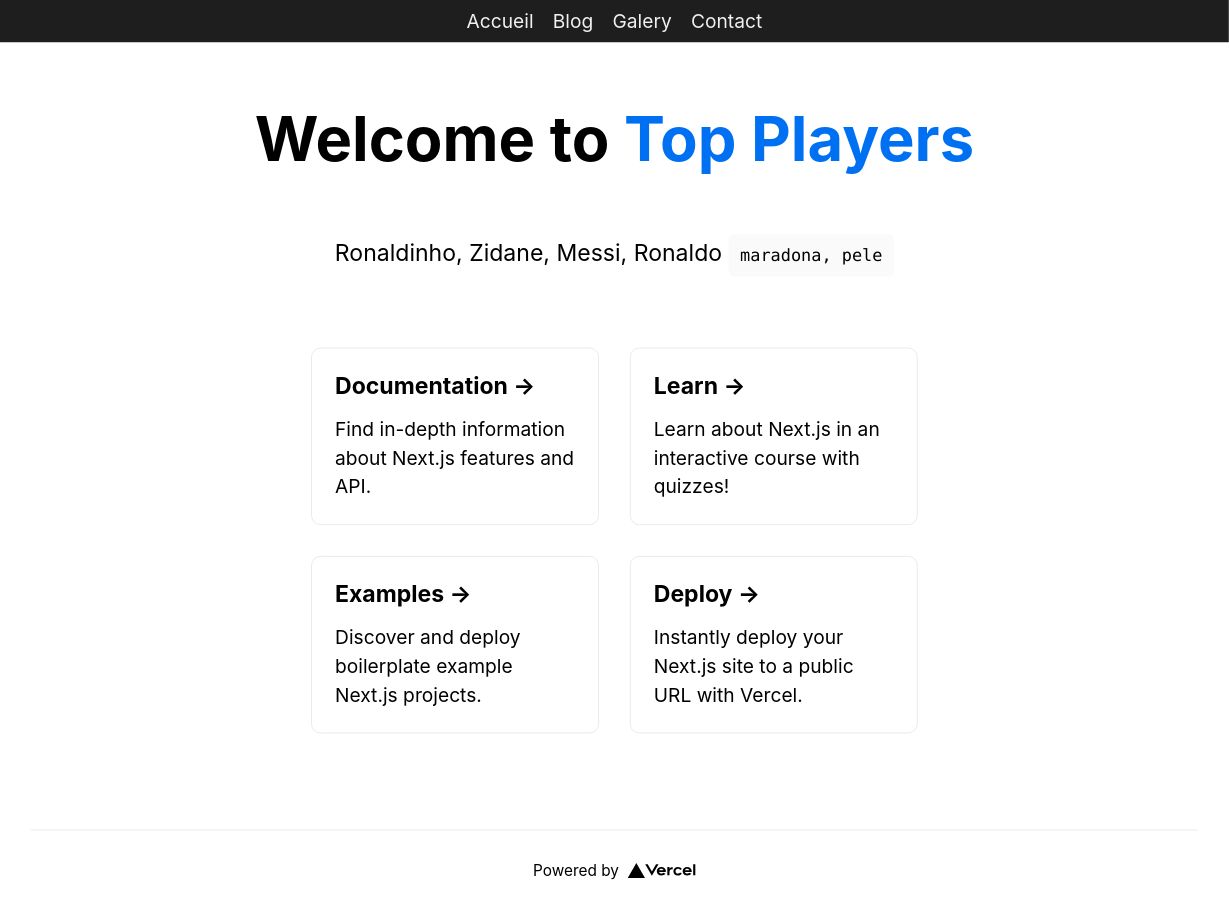
Repository: duncanidaho14/next-first-app
Page: /
The author's editor kept a copy of each file at every save. The page is drawn from the files as they stood at one save, then again after the next save.
The browser window is 1280 px wide. The pictures show the whole page, at 96% of full size.
The project was rebuilt for these pictures with package versions that can differ from the ones it lists, and the page was loaded fresh each time. The framework's server and built-in components were replaced by stand-ins that run in the browser. Also part of the build but not shown: next.config.js.

Above is the page before, as saved 2022-03-06 12:26:41.

### pages/_app.tsx
import '../styles/globals.css'
import type { AppProps } from 'next/app'
import Container from '../components/Container/Container'
function MyApp({ Component, pageProps }: AppProps) {
  return (
    <Container>
      <Component {...pageProps} />
    </Container>
  )
}

export default MyApp

### pages/_document.tsx
import Document, {Html, Head, Main, NextScript} from "next/document";

class MyDocument extends Document {
    render() {
        return (
            <Html lang="fr">
                <Head>
                    <body>
                        <Main />
                        <NextScript />
                    </body>
                </Head>
            </Html>
        )
    }
}

export default MyDocument;

### pages/index.tsx
import type { NextPage } from 'next'
import Head from 'next/head'
import Image from 'next/image'
import styles from '../styles/Home.module.css'

const Home: NextPage = (props) => {
  console.log(props);
  return (
    <div className={styles.container}>
      <Head>
        <title>Les meilleurs joueurs de foot</title>
        <meta name="description" content="Les meilleurs joueurs de foot de la planète à travers l'histoire..." />
        <link rel="icon" href="/favicon.ico" />
      </Head>

      <main className={styles.main}>
        <h1 className={styles.title}>
          Welcome to <a href="https://nextjs.org">Top Players</a>
        </h1>

        <p className={styles.description}>
          Ronaldinho, Zidane, Messi, Ronaldo{' '}
          <code className={styles.code}>maradona, pele</code>
        </p>

        <div className={styles.grid}>
          <a href="https://nextjs.org/docs" className={styles.card}>
            <h2>Documentation &rarr;</h2>
            <p>Find in-depth information about Next.js features and API.</p>
          </a>

          <a href="https://nextjs.org/learn" className={styles.card}>
            <h2>Learn &rarr;</h2>
            <p>Learn about Next.js in an interactive course with quizzes!</p>
          </a>

          <a
            href="https://github.com/vercel/next.js/tree/canary/examples"
            className={styles.card}
          >
            <h2>Examples &rarr;</h2>
            <p>Discover and deploy boilerplate example Next.js projects.</p>
          </a>

          <a
            href="https://vercel.com/new?utm_source=create-next-app&utm_medium=default-template&utm_campaign=create-next-app"
            className={styles.card}
          >
            <h2>Deploy &rarr;</h2>
            <p>
              Instantly deploy your Next.js site to a public URL with Vercel.
            </p>
          </a>
        </div>
      </main>
      <div>
        <h2></h2>
      </div>
      <footer className={styles.footer}>
        <a
          href="https://vercel.com?utm_source=create-next-app&utm_medium=default-template&utm_campaign=create-next-app"
          target="_blank"
          rel="noopener noreferrer"
        >
          Powered by{' '}
          <span className={styles.logo}>
            <Image src="/vercel.svg" alt="Vercel Logo" width={72} height={16} />
          </span>
        </a>
      </footer>
    </div>
  )
}

export default Home

export async function getStaticProps() {
  const data = await import("../data/vocabulary.json")
  const array = data.vocabulary

  return {
    props: {
      array
    }
  }
}

### components/Container/Container.tsx
import React from 'react'
import Navbar from '../Navbar/Navbar'

export default function Container({children}: any) {
    return (
        <>
            <Navbar/>
            {children}
        </>
    )
}

### data/vocabulary.json
{
  "vocabulary": [
      {
        "en": "to have",
        "fr": "avoir"
      },
      {
        "en": "to be",
        "fr": "être"
      },      {
        "en": "hello",
        "fr": "bonjour"
      },      {
        "en": "now",
        "fr": "maintenant"
      },      {
        "en": "day",
        "fr": "jour"
      },      {
        "en": "they",
        "fr": "ils/elles"
      },      {
        "en": "word",
        "fr": "mot"
      },      {
        "en": "all",
        "fr": "tout"
      }
  ]
}

### components/Navbar/Navbar.tsx
import React from 'react'
import Link from 'next/link'
import styles from './Navbar.module.css'

export default function Navbar() {
  return (
    <nav className={styles.navbar}>
        <Link href="/">
        <a>Accueil</a>
        </Link>
        <Link href="/blog">
            <a>Blog</a>
        </Link>
        <Link href="/galery">
            <a>Galery</a>
        </Link>
        <Link href="/contact">
            <a>Contact</a>
        </Link>
    </nav>
  )
}

### components/Navbar/Navbar.module.css
.navbar {
    padding: 10px;
    background: rgb(31, 30, 30);
    display: flex;
    justify-content: center;
    font-size: 20px;
}

.navbar a {
    margin: 0 10px;
    color: #f1f1f1;
}

Loaded but not shown: styles/globals.css (common file); styles/Home.module.css (common file)

After the next save:
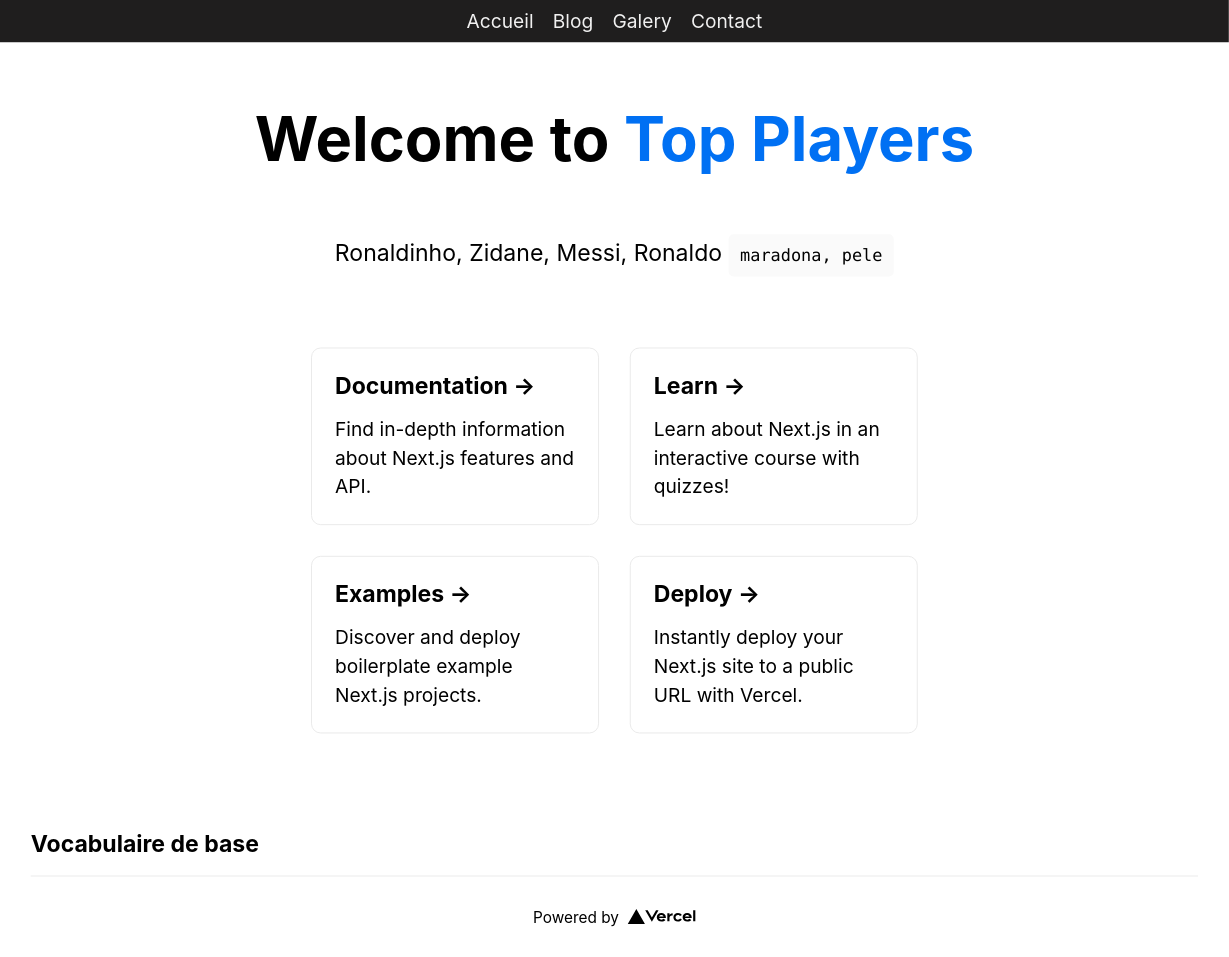
Saved 6 s later.
--- a/pages/index.tsx
+++ b/pages/index.tsx
@@ -54,7 +54,7 @@ const Home: NextPage = (props) => {
         </div>
       </main>
       <div>
-        <h2></h2>
+        <h2>Vocabulaire de base</h2>
       </div>
       <footer className={styles.footer}>
         <a
